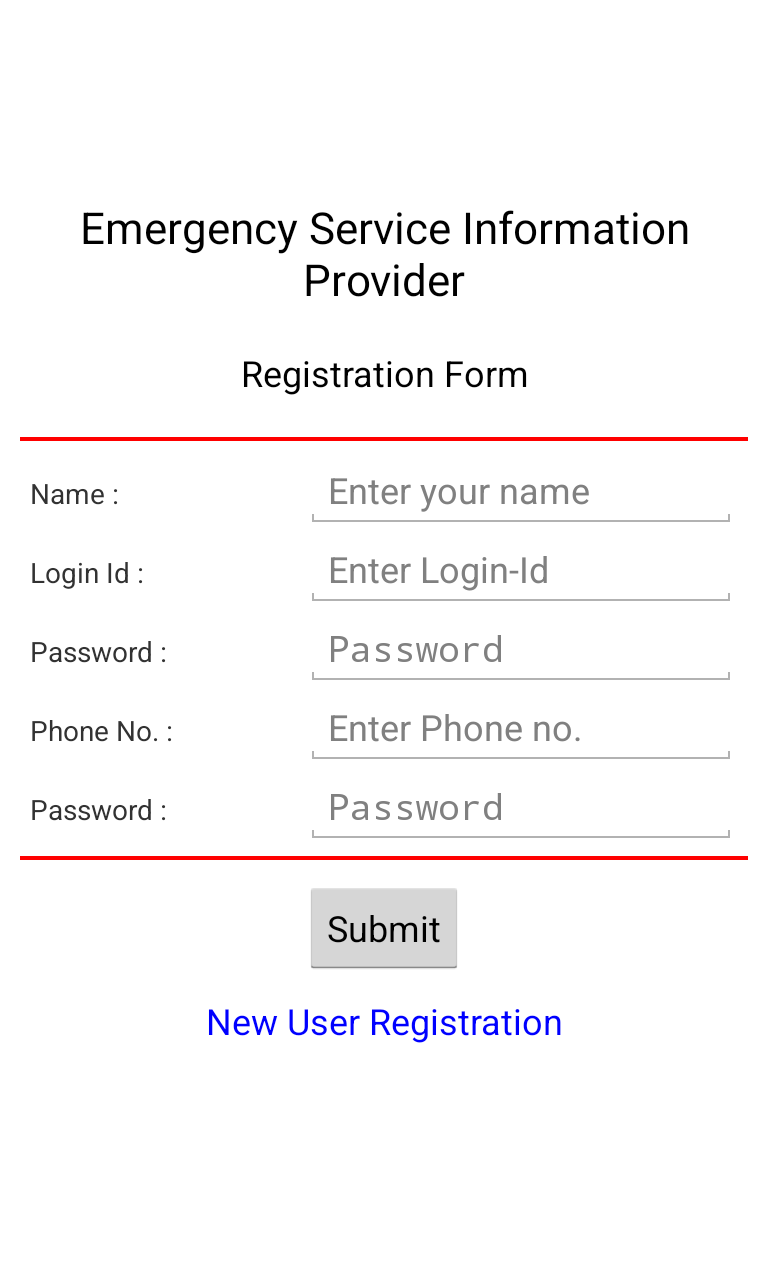
Repository: mansee8/Emergency-Service-Information-Provider
Layout: Emergency Service Information Provider/ESIP/ESIP/res/layout/user_registration.xml
The author's editor kept a copy of each file at every save. The layout is drawn from the files as they stood at one save, then again after the next save.
It is drawn on a 768 x 1280 px phone screen (xhdpi) without system bars, with theme AppTheme; the app's code is not run.

Above is the layout before, as saved 2014-02-28 10:15:44.

### Emergency Service Information Provider/ESIP/ESIP/res/layout/user_registration.xml
<?xml version="1.0" encoding="utf-8"?>
<LinearLayout xmlns:android="http://schemas.android.com/apk/res/android"
    android:layout_width="fill_parent"
    android:layout_height="fill_parent"
    android:gravity="center_horizontal"
    android:orientation="vertical"
    android:padding="5dp" >

    <LinearLayout
        android:layout_width="fill_parent"
        android:layout_height="fill_parent"
        android:gravity="center"
        android:orientation="vertical"
        android:padding="5dp" >

        <TextView
            android:id="@+id/textView1"
            android:layout_width="fill_parent"
            android:layout_height="wrap_content"
            android:gravity="center"
            android:text="Emergency Service Information Provider"
            android:textAppearance="?android:attr/textAppearanceLarge" />

        <TextView
            android:layout_width="fill_parent"
            android:layout_height="wrap_content"
            android:layout_margin="20dp"
            android:gravity="center"
            android:text="Registration Form"
            android:textAppearance="?android:attr/textAppearanceMedium" />

        <View
            android:layout_width="fill_parent"
            android:layout_height="2dp"
            android:background="#ff0000" />

        <TableLayout
            android:layout_width="fill_parent"
            android:layout_height="wrap_content"
            android:padding="5dp"
            android:stretchColumns="*" >

            <TableRow>

                <TextView
                    android:layout_width="wrap_content"
                    android:layout_height="wrap_content"
                    android:text="Name : " />

                <EditText
                    android:id="@+id/mynameEditText"
                    android:layout_width="wrap_content"
                    android:layout_height="wrap_content"
                    android:hint="Enter your name" />
            </TableRow>

            <TableRow>

                <TextView
                    android:layout_width="wrap_content"
                    android:layout_height="wrap_content"
                    android:text="Login Id : " />

                <EditText
                    android:id="@+id/usernameEditText"
                    android:layout_width="wrap_content"
                    android:layout_height="wrap_content"
                    android:hint="Enter Login-Id" />
            </TableRow>

            <TableRow>

                <TextView
                    android:layout_width="wrap_content"
                    android:layout_height="wrap_content"
                    android:text="Password : " />

                <EditText
                    android:id="@+id/passwordEditText"
                    android:layout_width="wrap_content"
                    android:layout_height="wrap_content"
                    android:hint="Password"
                    android:inputType="textPassword" />
            </TableRow>
            <TableRow>

                <TextView
                    android:layout_width="wrap_content"
                    android:layout_height="wrap_content"
                    android:text="Phone No. : " />

                <EditText
                    android:id="@+id/phoneEditText"
                    android:layout_width="wrap_content"
                    android:layout_height="wrap_content"
                    android:hint="Enter Phone no."
                    android:inputType="phone" />
            </TableRow>
            <TableRow>

                <TextView
                    android:layout_width="wrap_content"
                    android:layout_height="wrap_content"
                    android:text="Password : " />

                <EditText
                    android:id="@+id/passwordEditText"
                    android:layout_width="wrap_content"
                    android:layout_height="wrap_content"
                    android:hint="Password"
                    android:inputType="textPassword" />
            </TableRow>
        </TableLayout>

        <View
            android:layout_width="fill_parent"
            android:layout_height="2dp"
            android:background="#ff0000" />

        <Button
            android:id="@+id/submitButton"
            android:layout_width="wrap_content"
            android:layout_height="wrap_content"
            android:layout_margin="10dp"
            android:text="Submit" />

        <TextView
            android:id="@+id/newUserView"
            android:layout_width="fill_parent"
            android:layout_height="wrap_content"
            android:gravity="center"
            android:text="New User Registration"
            android:textAppearance="?android:attr/textAppearanceMedium"
            android:textColor="#0000FF" />

        <TextView
            android:id="@+id/resultView"
            android:layout_width="wrap_content"
            android:layout_height="wrap_content" />
    </LinearLayout>

</LinearLayout>

Loaded but not shown: Emergency Service Information Provider/ESIP/ESIP/res/values/styles.xml (common file); Emergency Service Information Provider/ESIP/ESIP/res/values-v11/styles.xml (common file); Emergency Service Information Provider/ESIP/ESIP/res/values-v14/styles.xml (common file)

After the next save:
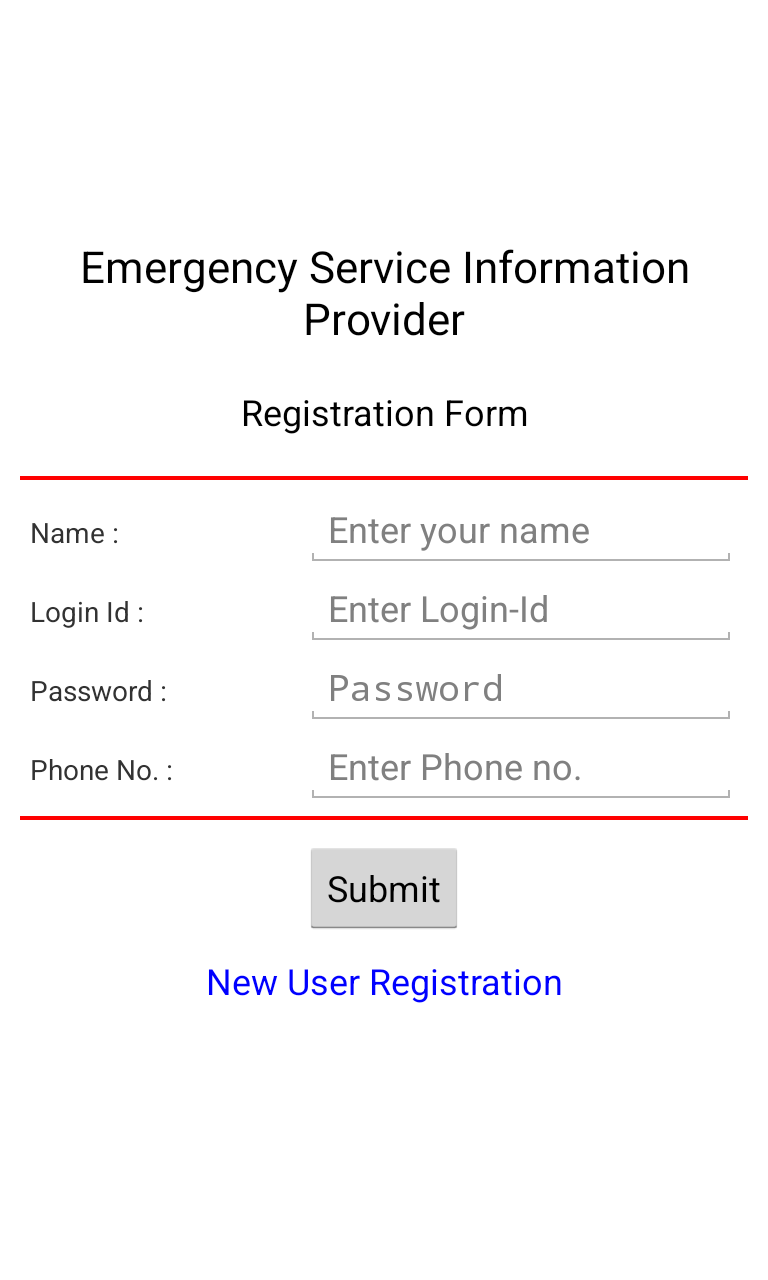
Saved 20 s later.
--- a/Emergency Service Information Provider/ESIP/ESIP/res/layout/user_registration.xml
+++ b/Emergency Service Information Provider/ESIP/ESIP/res/layout/user_registration.xml
@@ -82,6 +82,7 @@
                     android:hint="Password"
                     android:inputType="textPassword" />
             </TableRow>
+
             <TableRow>
 
                 <TextView
@@ -95,20 +96,6 @@
                     android:layout_height="wrap_content"
                     android:hint="Enter Phone no."
                     android:inputType="phone" />
-            </TableRow>
-            <TableRow>
-
-                <TextView
-                    android:layout_width="wrap_content"
-                    android:layout_height="wrap_content"
-                    android:text="Password : " />
-
-                <EditText
-                    android:id="@+id/passwordEditText"
-                    android:layout_width="wrap_content"
-                    android:layout_height="wrap_content"
-                    android:hint="Password"
-                    android:inputType="textPassword" />
             </TableRow>
         </TableLayout>
 
